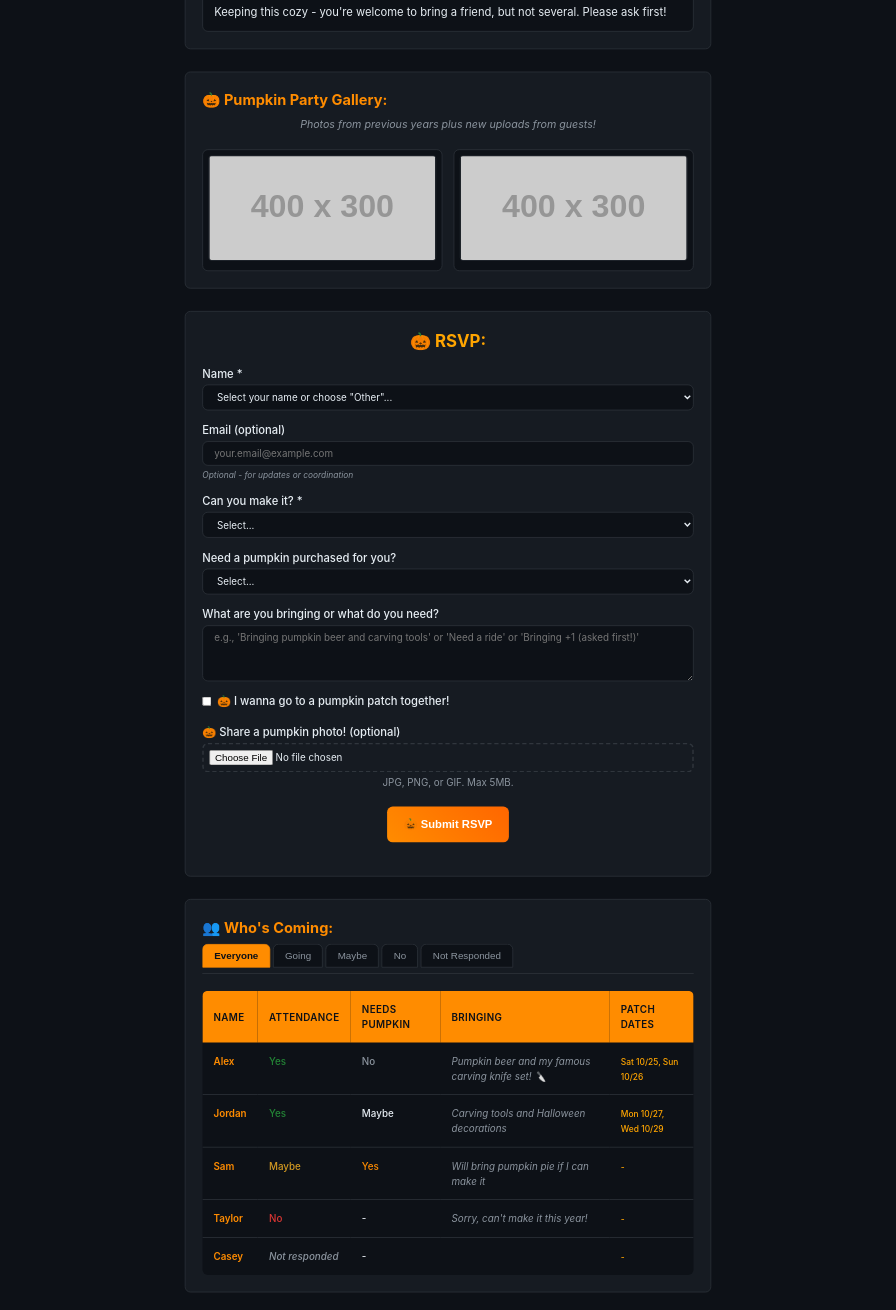
Repository: jeff-hamm/pumpkinfest
Page: index.html
An editor plug-in stored every save of this project. The page is shown before and after the next save, followed by the edit.
The browser window is 1280 px wide. The pictures show the part of the page from y = 1255 to 3175 px (the page is 3126 px tall before and 3175 px after), at 70% of full size.
The page's requests for data from a server got no answer.

Above is the page before, as saved 2025-10-25 13:43:38.

### index.html
<!DOCTYPE html>
<html lang="en">
<head>
    <meta charset="UTF-8">
    <meta name="viewport" content="width=device-width, initial-scale=1.0">
    <title>🎃 PUMPKINFEST 2025 RSVP</title>
    <link rel="icon" href="data:[embedded picture, 141 characters]">
    <link rel="stylesheet" href="pumpkinfest-styles.css">
</head>
<body>
    <div id="sync-status" class="sync-status">
        <a href="https://docs.google.com/spreadsheets/d/1XEfcdwvrg54w_Aw8bEiBC4_f8pLJOT6bH55sau92mvg/edit?usp=sharing"
            target="_blank" class="sheet-link">📝 View RSVPs in Google Sheets</a>
        <div id="sync-status-text" class="sync-status-text" style="display: none;"></div>
    </div>

    <div class="header-image">
        <img src="image copy 2.png" alt="Pumpkin Party Vibes" class="header-img">
    </div>

    <div class="container">
        <h1>🎃 PUMPKINFEST 2025: The Annual Celebration! 🎃</h1>

        <div class="event-details">
            <h2>Thursday, October 30th, 2025</h2>

            <p>I love pumpkins. And October is serious pumpkin business. This year marks the return of my annual* pumpkin party! 🎃</p>

            <div class="special-announcement">
                <strong>SPECIAL ANNOUNCEMENT:</strong> Both IXI and Natalie will be in town for this one!! 🌟
            </div>

            <p>This is a celebration of all things pumpkin -- from pumpkin beer to pumpkin pie to pumpkin spice... everything you can imagine! We're gathering to share our love and passion for all things pumpkin in this beautiful season!</p>

            <div class="event-sections">
                <div class="event-section">
                    <h3>🎃 THE PLAN:</h3>
                    <ul>
                        <li>Bring a pumpkin to carve!</li>
                        <li>We'll set up carving stations with plastic sheeting for maximum mess potential</li>
                        <li>Tools range from little plastic scrapers to dremels, drivers, and saws �</li>
                        <li>Photo documentation of all artistic achievements and beautiful destruction</li>
                        <li>Share the joy and love of all things pumpkin with fellow pumpkin enthusiasts!</li>
                    </ul>
                </div>

                <div class="event-section">
                    <h3>🥧 POTLUCK STYLE:</h3>
                    <p>Bring pumpkin pie, pumpkin beer, cider, or whatever weird pumpkin concoction you can find! This is all about celebrating and loving all things pumpkin together. We could definitely use more pumpkin-carving implements too 🙂</p>
                </div>

                <div class="event-section">
                    <h3>👥 INTIMATE GATHERING:</h3>
                    <p>Keeping this cozy - you're welcome to bring a friend, but not several. Please ask first!</p>
                </div>
            </div>
        </div>

        <div class="gallery-section">
            <h3>🎃 Pumpkin Party Gallery:</h3>
            <p class="gallery-description">Photos from previous years plus new uploads from guests!</p>
            <div class="gallery-loading" id="gallery-loading">
                <p>Loading gallery images... 🎃</p>
            </div>
            <div class="image-gallery" id="image-gallery">
                <!-- Images will be loaded dynamically from Google Drive -->
            </div>
        </div>

        <div class="rsvp-section">
            <h2>🎃 RSVP:</h2>

            <div id="rsvp-loading" class="rsvp-loading-overlay" style="display: none;">
                <div class="spinner"></div>
                <div class="spinner-text">Submitting RSVP...</div>
            </div>

            <form id="rsvp-form" class="rsvp-form">
                <div class="form-row">
                    <div class="form-group">
                        <label for="guest-name-select">Name *</label>
                        <select id="guest-name-select" name="guestNameSelect">
                            <option value="">Select your name or choose "Other"...</option>
                            <option value="Other">Other (add new person)</option>
                        </select>
                        <input type="text" id="guest-name" name="guestName" required placeholder="Enter your name..." style="display: none; margin-top: 8px;">
                    </div>
                </div>

                <div class="form-row">
                    <div class="form-group">
                        <label for="guest-email">Email (optional)</label>
                        <input type="email" id="guest-email" name="guestEmail" placeholder="your.email@example.com">
                        <small class="field-hint">Optional - for updates or coordination</small>
                    </div>
                </div>

                <div class="form-row">
                    <div class="form-group">
                        <label for="attendance">Can you make it? *</label>
                        <select id="attendance" name="attendance" required>
                            <option value="">Select...</option>
                            <option value="Yes">🎃 Yes - I'll be there!</option>
                            <option value="Maybe">🤔 Maybe - depends on my schedule</option>
                            <option value="No">😞 No - can't make it</option>
                        </select>
                    </div>
                </div>

                <div class="form-row">
                    <div class="form-group">
                        <label for="need-pumpkin">Need a pumpkin purchased for you?</label>
                        <select id="need-pumpkin" name="needPumpkin">
                            <option value="">Select...</option>
                            <option value="Yes">Yes - please get me a pumpkin!</option>
                            <option value="No">No - I'll bring my own</option>
                            <option value="Maybe">Maybe - I'll let you know</option>
                        </select>
                    </div>
                </div>

                <div class="form-row">
                    <div class="form-group">
                        <label for="bringing">What are you bringing or what do you need?</label>
                        <textarea id="bringing" name="bringing" rows="3" placeholder="e.g., 'Bringing pumpkin beer and carving tools' or 'Need a ride' or 'Bringing +1 (asked first!)'"></textarea>
                    </div>
                </div>

                <div class="form-row">
                    <div class="form-group">
                        <label class="checkbox-label">
                            <input type="checkbox" id="pumpkin-patch" name="pumpkinPatch">
                            🎃 I wanna go to a pumpkin patch together!
                        </label>
                    </div>
                </div>

                <div class="form-row" id="patch-dates-container" style="display: none;">
                    <div class="form-group">
                        <label>Which days work for you? (Check all that apply)</label>
                        <div class="checkbox-group">
                            <label class="checkbox-option">
                                <input type="checkbox" name="patchDates" value="Sat 10/25">
                                Saturday 10/25
                            </label>
                            <label class="checkbox-option">
                                <input type="checkbox" name="patchDates" value="Sun 10/26">
                                Sunday 10/26
                            </label>
                            <label class="checkbox-option">
                                <input type="checkbox" name="patchDates" value="Mon 10/27">
                                Monday 10/27
                            </label>
                            <label class="checkbox-option">
                                <input type="checkbox" name="patchDates" value="Tues 10/28">
                                Tuesday 10/28
                            </label>
                            <label class="checkbox-option">
                                <input type="checkbox" name="patchDates" value="Wed 10/29">
                                Wednesday 10/29
                            </label>
                        </div>
                    </div>
                </div>

                <div class="form-row">
                    <div class="form-group">
                        <label for="pumpkin-photo">🎃 Share a pumpkin photo! (optional)</label>
                        <input type="file" id="pumpkin-photo" name="pumpkinPhoto" accept="image/*" class="file-input">
                        <div id="photo-preview" class="photo-preview" style="display: none;">
                            <img id="preview-img" class="preview-image" alt="Photo preview">
                            <button type="button" id="remove-photo" class="btn-remove">Remove</button>
                        </div>
                        <div class="file-info">JPG, PNG, or GIF. Max 5MB.</div>
                    </div>
                </div>

                <div class="form-actions">
                    <button type="submit" class="btn-primary">🎃 Submit RSVP</button>
                </div>
            </form>
        </div>

        <div id="rsvp-grid-section" class="rsvp-grid-section">
            <h3>👥 Who's Coming:</h3>

            <div class="filter-tabs">
                <button class="filter-tab active" data-filter="Everyone">Everyone</button>
                <button class="filter-tab" data-filter="Going">Going</button>
                <button class="filter-tab" data-filter="Maybe">Maybe</button>
                <button class="filter-tab" data-filter="No">No</button>
                <button class="filter-tab" data-filter="Not Responded">Not Responded</button>
            </div>

            <div class="rsvp-grid-container">
                <table id="rsvp-grid" class="rsvp-grid">
                    <thead>
                        <tr>
                            <th>Name</th>
                            <th>Attendance</th>
                            <th>Needs Pumpkin</th>
                            <th>Bringing</th>
                            <th>Patch Dates</th>
                        </tr>
                    </thead>
                    <tbody id="rsvp-grid-body">
                        <!-- Grid rows will be dynamically loaded here -->
                    </tbody>
                </table>
                <div id="no-rsvps-message" class="no-rsvps-message" style="display: none;">
                    <p>🎃 No RSVPs match the current filter.</p>
                </div>
            </div>
        </div>
    </div>

    <script src="pumpkinfest-app.js?v=2025-10-25-3"></script>
</body>
</html>

Loaded but not shown: pumpkinfest-app.js (942 lines, source omitted); pumpkinfest-styles.css (905 lines, source omitted)

After the next save:
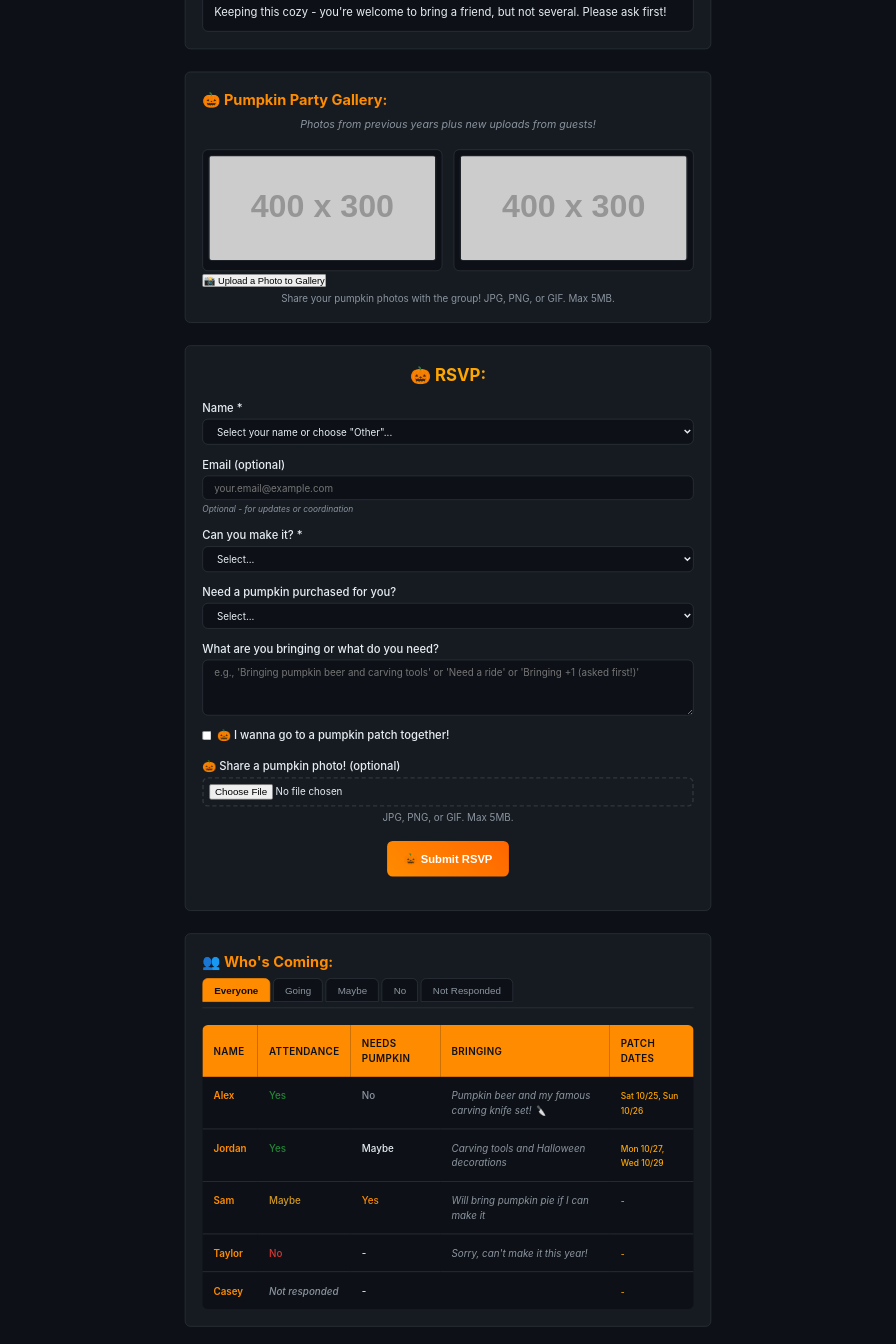
Saved 47 s later.
--- a/index.html
+++ b/index.html
@@ -64,6 +64,23 @@
             </div>
             <div class="image-gallery" id="image-gallery">
                 <!-- Images will be loaded dynamically from Google Drive -->
+            </div>
+
+            <div class="gallery-upload-section">
+                <div class="gallery-upload">
+                    <input type="file" id="gallery-photo-upload" accept="image/*" class="file-input" style="display: none;">
+                    <button type="button" id="gallery-upload-btn" class="btn-upload">
+                        📸 Upload a Photo to Gallery
+                    </button>
+                    <div id="gallery-upload-preview" class="photo-preview" style="display: none;">
+                        <img id="gallery-preview-img" class="preview-image" alt="Photo preview">
+                        <div class="upload-actions">
+                            <button type="button" id="gallery-upload-submit" class="btn-primary btn-small">Upload</button>
+                            <button type="button" id="gallery-upload-cancel" class="btn-secondary btn-small">Cancel</button>
+                        </div>
+                    </div>
+                    <div class="file-info">Share your pumpkin photos with the group! JPG, PNG, or GIF. Max 5MB.</div>
+                </div>
             </div>
         </div>
 
